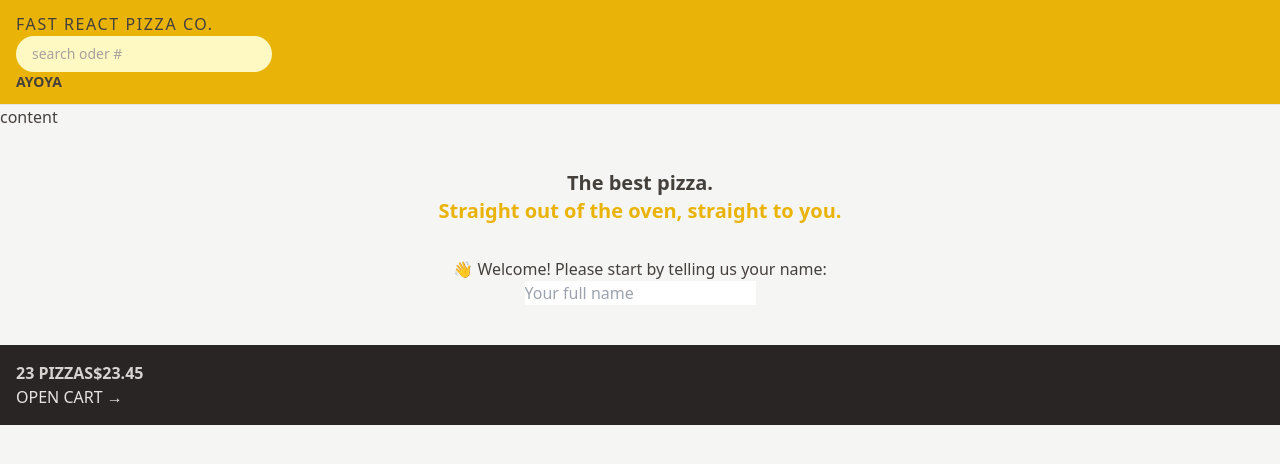
Repository: ayakhaled0001/pizza-delivery
Page: /
An editor plug-in stored every save of this project. The page is shown before and after the next save, followed by the edit.
The browser window is 1280 px wide. The pictures show the whole page.
The project was rebuilt for these pictures with package versions that can differ from the ones it lists, and the page was loaded fresh each time. Also part of the build but not shown: vite.config.js, src/services/apiRestaurant.jsx, src/utilities/helpers.jsx, src/features/menu/MenuItem.jsx, src/features/menu/Menu.jsx, src/features/cart/Cart.jsx, src/features/order/Order.jsx, src/ui/Loader.jsx and 1 more. Imported but missing from the stored project, and not drawn on this page: src/features/order/CreateOrder.

Above is the page before, as saved 2025-05-01 02:36:37.

### index.html
<!DOCTYPE html>
<html lang="en">
  <head>
    <meta charset="UTF-8" />
    <link rel="icon" type="image/svg+xml" href="/vite.svg" />
    <meta name="viewport" content="width=device-width, initial-scale=1.0" />
    <title>Vite + React</title>
  </head>
  <body class="bg-stone-100 text-stone-700">
    <div id="root"></div>
    <script type="module" src="/src/main.jsx"></script>
  </body>
</html>

### src/App.jsx
import { createBrowserRouter, RouterProvider } from "react-router-dom";
import Home from "./ui/Home";
import Menu, { loader as menuLoader } from "./features/menu/Menu";
import Cart from "./features/cart/Cart";
import CreateOrder, {
  action as CreateOrderAction,
} from "./features/order/CreateOrder";
import Order, { loader as orderLoader } from "./features/order/Order";
import AppLayout from "./ui/AppLayout";
import Error from "./ui/Error";
const router = createBrowserRouter([
  {
    element: <AppLayout />,
    children: [
      { path: "/", element: <Home /> },
      {
        path: "/menu",
        element: <Menu />,
        loader: menuLoader,
        errorElement: <Error />,
      },
      { path: "/cart", element: <Cart /> },
      {
        path: "/order/new",
        element: <CreateOrder />,
        action: CreateOrderAction,
      },
      {
        path: "/order/:orderId",
        element: <Order />,
        loader: orderLoader,
        errorElement: <Error />,
      },
    ],
  },
]);
function App() {
  return <RouterProvider router={router} />;
}

export default App;

### src/ui/Home.jsx
import CreateUser from "../features/user/CreateUser";
function Home() {
  return (
    <div className="my-10 text-center">
      <h1 className=" mb-8 text-xl  font-semibold ">
        The best pizza.
        <br />
        <span className="text-yellow-500">
          Straight out of the oven, straight to you.
        </span>
      </h1>
      <CreateUser />
    </div>
  );
}

export default Home;

### src/ui/AppLayout.jsx
import Header from "./Header";
import CartOverview from "../features/cart/CartOverview";
import { Outlet, useNavigation } from "react-router-dom";
import Loader from "./Loader";

function AppLayout() {
  const navigation = useNavigation();
  const isLoading = navigation.state === "loading";
  console.log(navigation.state);
  return (
    <div className="layout">
      {isLoading && <Loader />}
      <Header />
      <main>
        <p>content</p>
        <Outlet />
      </main>
      <CartOverview />
    </div>
  );
}

export default AppLayout;

### src/ui/Header.jsx
import { Link } from "react-router-dom";
import SearchOrder from "../features/order/SearchOrder.jsx";
import UserName from "../features/user/UserName.jsx";

function Header() {
  return (
    <header className="bg-yellow-500 px-4 py-3 uppercase border-b border-stone-200">
      <Link to="/" className="tracking-widest">
        Fast React Pizza Co.
      </Link>
      <SearchOrder />
      <UserName />
    </header>
  );
}

export default Header;

### src/features/cart/CartOverview.jsx
import { Link } from "react-router-dom";

function CartOverview() {
  return (
    <div className="bg-stone-800 text-stone-200 uppercase p-4">
      <p className="text-stone-300 font-semibold">
        <span>23 pizzas</span>
        <span>$23.45</span>
      </p>
      <Link to="/cart">Open cart &rarr;</Link>
    </div>
  );
}

export default CartOverview;

### src/features/order/SearchOrder.jsx
import { useState } from "react";
import { useNavigate } from "react-router-dom";

function SearchOrder() {
  const [query, setQuery] = useState("");
  const navigate = useNavigate();
  function handleSubmit(e) {
    e.preventDefault();
    if (!query) return;
    navigate(`/order/${query}`);
    setQuery("");
  }
  return (
    <form onSubmit={handleSubmit}>
      <input
        placeholder="search oder #"
        value={query}
        onChange={(e) => setQuery(e.target.value)}
        className="duration-300 sm:w-64 focus:outline-none focus:ring
         focus:ring-yellow-500 focus:ring-opacity-50  sm:focus:w-72 transition-all w-28
         bg-yellow-100 rounded-full px-4 py-2 text-sm placeholder:text-stone-400"
      />
    </form>
  );
}

export default SearchOrder;

### src/features/user/UserName.jsx
function UserName() {
  return <div className="text-sm font-semibold">ayoya</div>;
}

export default UserName;

Loaded but not shown: src/main.jsx (common file); src/index.css (common file); src/features/user/CreateUser.jsx (common file); tailwind.config.js (common file)

After the next save:
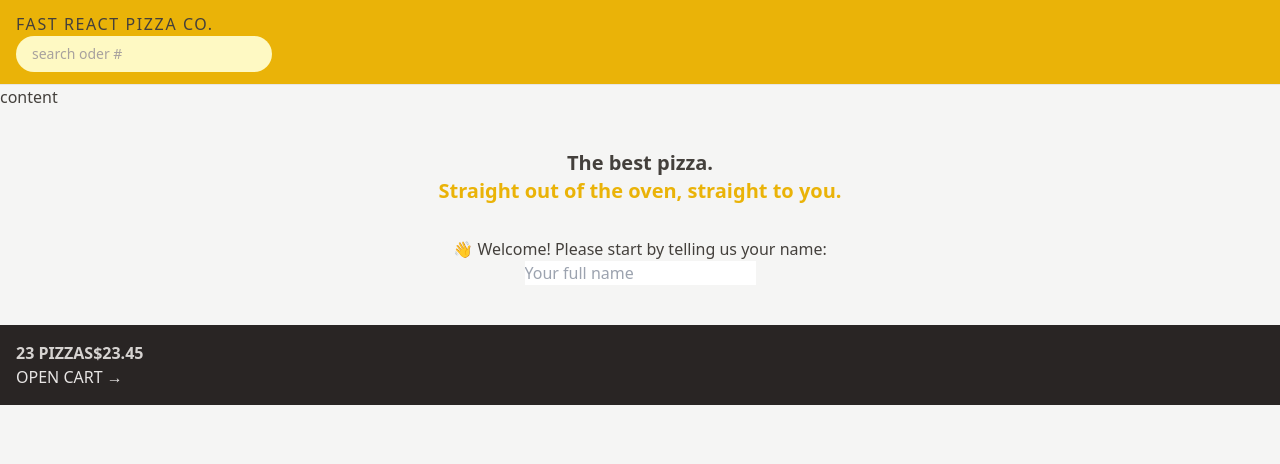
Saved 2 min 16 s later.
--- a/src/features/user/UserName.jsx
+++ b/src/features/user/UserName.jsx
@@ -1,5 +1,5 @@
 function UserName() {
-  return <div className="text-sm font-semibold">ayoya</div>;
+  return <div className="hidden text-sm font-semibold">ayoya</div>;
 }
 
 export default UserName;
